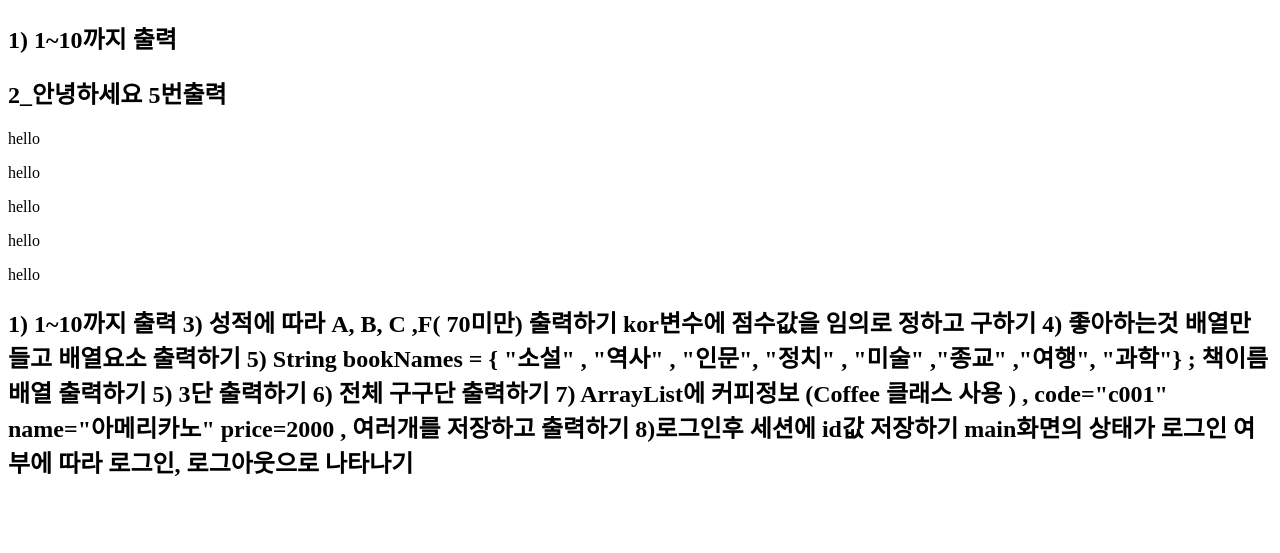
Repository: mvcfvsgdj/javaee
Page: http://localhost/ELprj0908/jstl8
An editor plug-in stored every save of this project. The page is shown before and after the next save, followed by the edit.
The browser window is 1280 px wide. The pictures show the whole page.
The page is served by Tomcat 9. Other server files are loaded and not shown.

Above is the page before, as saved 2023-09-08 06:08:21.

### ELprj0908/src/main/webapp/WEB-INF/views/jstl8.jsp
<%@ page language="java" contentType="text/html; charset=UTF-8"
    pageEncoding="UTF-8"%>
<%@ page import="java.util.Date" %>
<%@ page import="java.time.LocalDate" %>

  <%@ taglib uri="http://java.sun.com/jsp/jstl/fmt" prefix="fmt" %>
  <%@ taglib uri="http://java.sun.com/jsp/jstl/core" prefix="c" %>


<!DOCTYPE html>
<html>
<head>
<meta charset="UTF-8">
<title>Insert title here</title>
</head>
<body>
<h2>1) 1~10까지 출력</h2>
<c:forEach var="i" begin = "1" end= "10"/>
		${i }
<h2>2_안녕하세요 5번출력</h2>
<c:set var="hi" value="hello"/>
  <c:forEach begin="1" end="5" var="i">
        <p><c:out value="${hi}"/></p>
    </c:forEach>
    <h2>1) 1~10까지 출력

3) 성적에 따라 A, B, C ,F( 70미만)  출력하기     <c:set var="kor"   value="90" />   kor변수에 점수값을 임의로 정하고 구하기
4) 좋아하는것 배열만들고 배열요소 출력하기
5) String bookNames = {  "소설" , "역사" , "인문",  "정치" , "미술" ,"종교" ,"여행", "과학"}  ;   책이름배열 출력하기
5) 3단 출력하기
6) 전체 구구단 출력하기
7) ArrayList에 커피정보 (Coffee 클래스 사용 ) ,  code="c001"   name="아메리카노"  price=2000 , 여러개를 저장하고
   출력하기
8)로그인후 세션에 id값 저장하기
main화면의 상태가 로그인 여부에 따라
로그인, 로그아웃으로 나타나기
    </h2>

</body>
</html>

### ELprj0908/src/main/java/elprj/Jstl8.java
package elprj;

import java.io.IOException;
import java.util.ArrayList;

import javax.servlet.ServletException;
import javax.servlet.annotation.WebServlet;
import javax.servlet.http.HttpServlet;
import javax.servlet.http.HttpServletRequest;
import javax.servlet.http.HttpServletResponse;
import javax.servlet.http.HttpSession;

@WebServlet("/jstl8")
public class Jstl8 extends HttpServlet {

	@Override
	protected void doGet(HttpServletRequest req, HttpServletResponse resp) throws ServletException, IOException {


		req.getRequestDispatcher("WEB-INF/views/jstl8.jsp").forward(req, resp);
	}
}

After the next save:
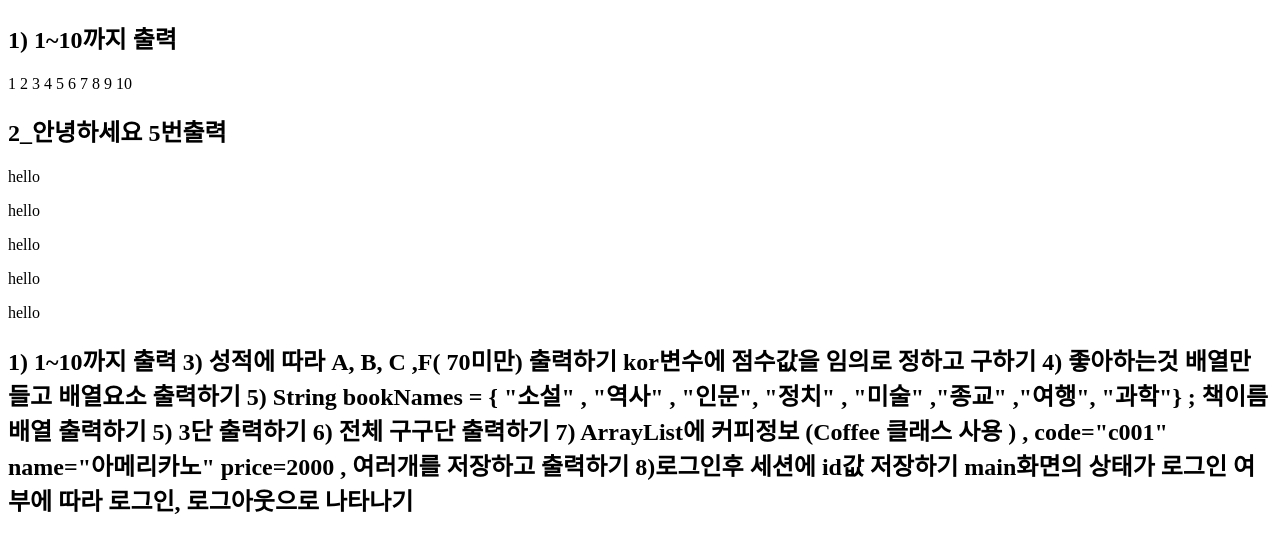
Saved 51 s later.
--- a/ELprj0908/src/main/webapp/WEB-INF/views/jstl8.jsp
+++ b/ELprj0908/src/main/webapp/WEB-INF/views/jstl8.jsp
@@ -15,8 +15,8 @@
 </head>
 <body>
 <h2>1) 1~10까지 출력</h2>
-<c:forEach var="i" begin = "1" end= "10"/>
-		${i }
+<c:forEach var="i" begin = "1" end= "10">
+		${i }</c:forEach>
 <h2>2_안녕하세요 5번출력</h2>
 <c:set var="hi" value="hello"/>
   <c:forEach begin="1" end="5" var="i">
